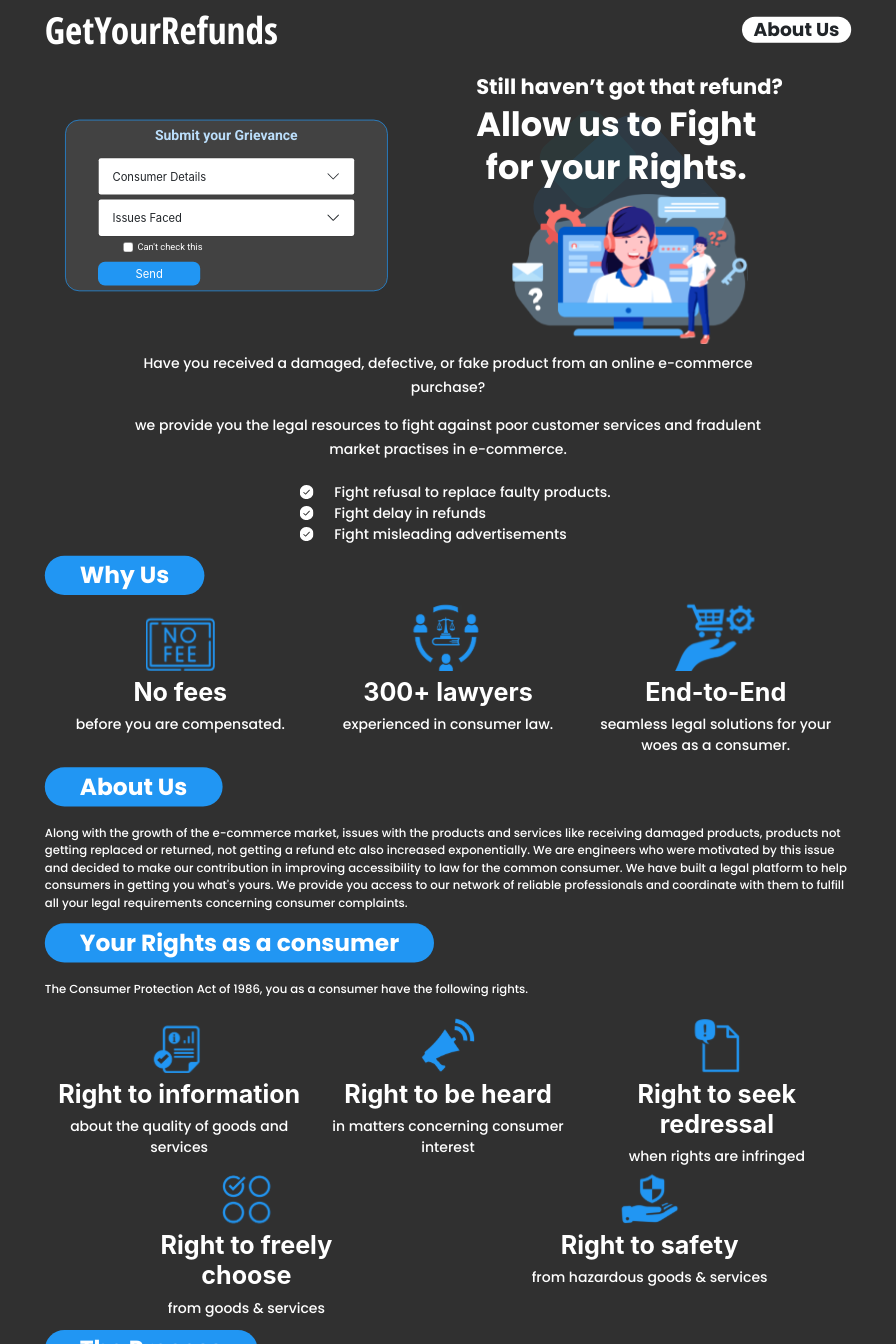
Repository: Eren00Yeager/initial-survey
Page: /consumer-complaints
The author's editor kept a copy of each file at every save. The page is drawn from the files as they stood at one save, then again after the next save.
The browser window is 1280 px wide. The pictures show the part of the page from y = 0 to 1920 px (the page is 2604 px tall), at 70% of full size.
Some web fonts or font styles are not loaded; a fallback is used. The project was rebuilt for these pictures with package versions that can differ from the ones it lists, and the page was loaded fresh each time. The framework's server and built-in components were replaced by stand-ins that run in the browser. Also part of the build but not shown: next.config.js.

Above is the page before, as saved 2022-07-14 13:09:01.

After the next save:
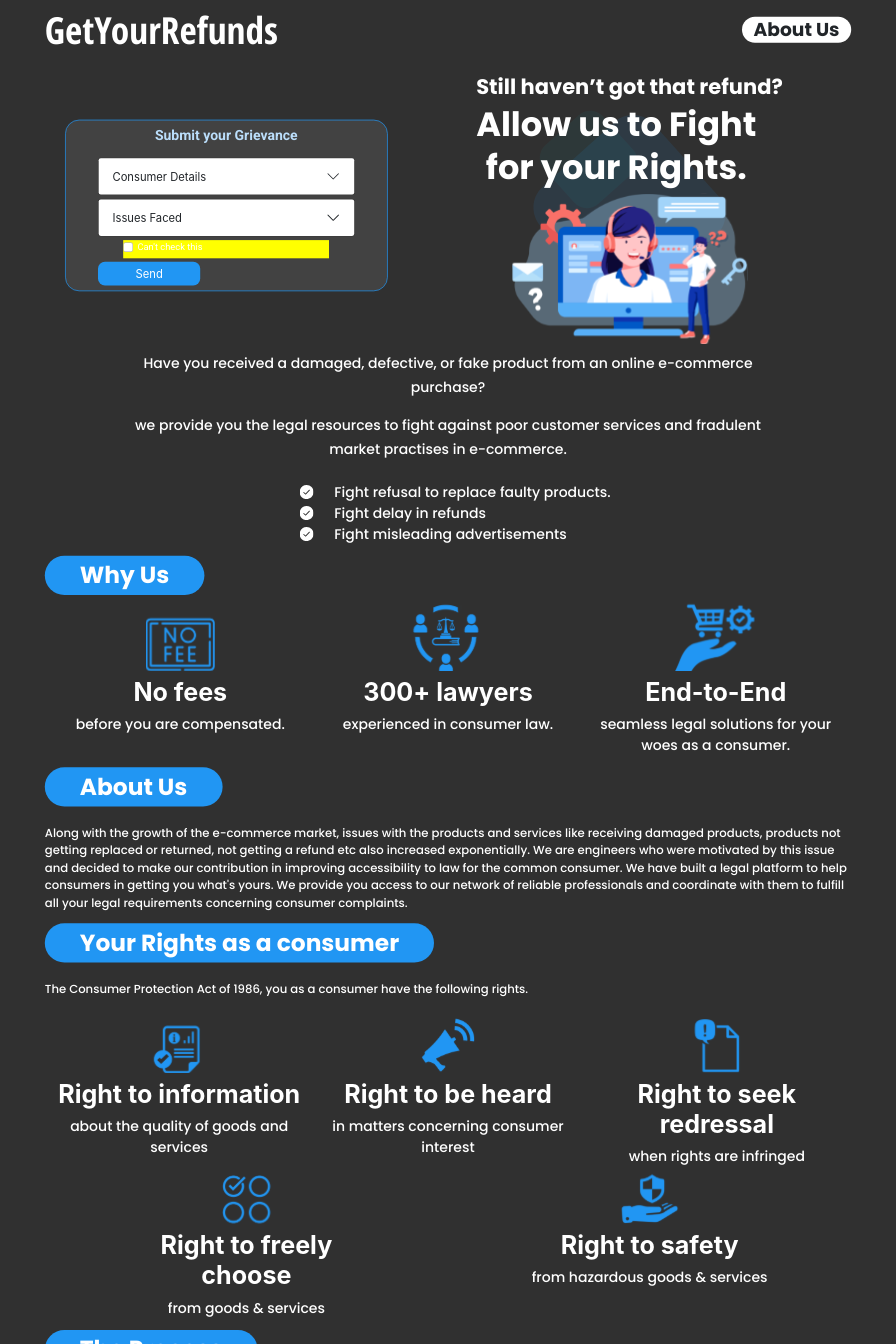
Saved 24 s later.
--- a/styles/consumer.module.css
+++ b/styles/consumer.module.css
@@ -796,7 +796,7 @@ width:100%;
     font-weight: 500;
     font-size: 1.042vw;
     /* line-height: 19px; */
-    /* background-color: yellow; */
+    background-color: yellow;
     width:80%;
 }
 .sub{
